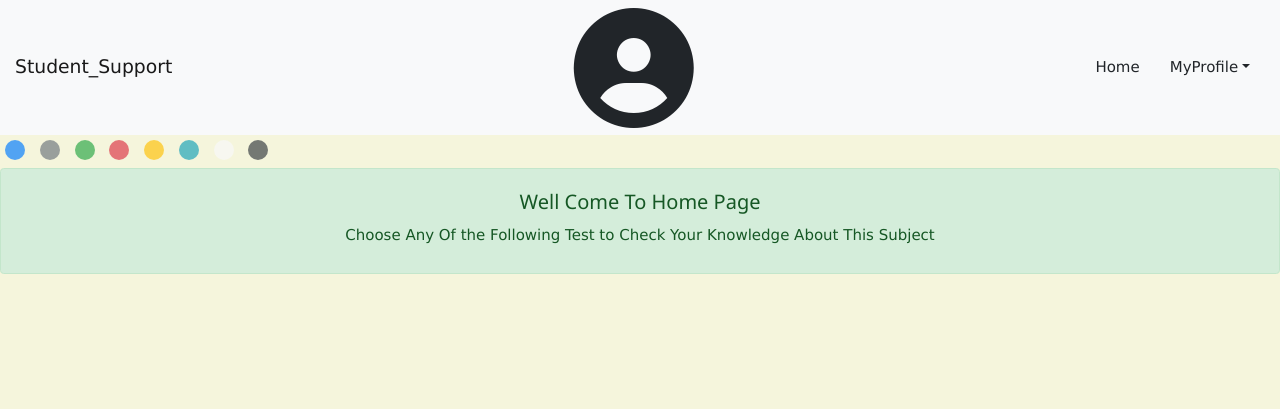
Repository: FeelHack/STUDENT-EXAMINATION-SYSTEM
Page: http://localhost/Exam_System/Admin/CreateQuestion.jsp
The author's editor kept a copy of each file at every save. The page is drawn from the files as they stood at one save, then again after the next save.
The browser window is 1280 px wide. The pictures show the whole page.
Some web libraries are served in a nearby version. The page is served by Tomcat 9. Other server files are loaded and not shown.

Above is the page before, as saved 2020-03-10 11:42:33.

### Exam System/WebContent/Admin/CreateQuestion.jsp
<%@ page language="java" contentType="text/html; charset=UTF-8"
    pageEncoding="UTF-8"%>



<!DOCTYPE html>
<html>
<head>
<meta charset="UTF-8">
<title>Create Question</title>
</head>
<body>
       <jsp:include page="../homeHeader.jsp"></jsp:include>


        <pre>
            <form action="com.controller.QuestionCreate" method="post">

            </form>
        </pre>


</body>
</html>

### Exam System/WebContent/homeHeader.jsp
<%@ page language="java" contentType="text/html; charset=UTF-8"
    pageEncoding="UTF-8"%>




<!doctype html>
 <html lang="en">
   <head>

     <meta charset="utf-8">
     <meta name="viewport" content="width=device-width, initial-scale=1, shrink-to-fit=no">

     <!-- Bootstrap CSS -->
     <link rel="stylesheet" href="https://stackpath.bootstrapcdn.com/bootstrap/4.4.1/css/bootstrap.min.css" integrity="sha384-Vkoo8x4CGsO3+Hhxv8T/Q5PaXtkKtu6ug5TOeNV6gBiFeWPGFN9MuhOf23Q9Ifjh" crossorigin="anonymous">
     <!-- Optional JavaScript -->
     <!-- jQuery first, then Popper.js, then Bootstrap JS -->
     <script src="https://code.jquery.com/jquery-3.4.1.slim.min.js" integrity="sha384-J6qa4849blE2+poT4WnyKhv5vZF5SrPo0iEjwBvKU7imGFAV0wwj1yYfoRSJoZ+n" crossorigin="anonymous"></script>
     <script src="https://cdn.jsdelivr.net/npm/popper.js@1.16.0/dist/umd/popper.min.js" integrity="sha384-Q6E9RHvbIyZFJoft+2mJbHaEWldlvI9IOYy5n3zV9zzTtmI3UksdQRVvoxMfooAo" crossorigin="anonymous"></script>
     <script src="https://stackpath.bootstrapcdn.com/bootstrap/4.4.1/js/bootstrap.min.js" integrity="sha384-wfSDF2E50Y2D1uUdj0O3uMBJnjuUD4Ih7YwaYd1iqfktj0Uod8GCExl3Og8ifwB6" crossorigin="anonymous"></script>
     <script src="https://kit.fontawesome.com/1737af4a09.js" crossorigin="anonymous"></script>
     <link rel="stylesheet" href="css/home.css">
   </head>


   <body style="background-color: beige;">
     <nav id="navbar-example2" class="navbar navbar-light bg-light">
         <a class="navbar-brand" href="#">Student_Support</a>

         <i class="fas fa-user-circle fa-8x" style="text-align: center;"></i>
         <ul class="nav nav-pills">
           <li class="nav-item">
             <a class="nav-link" href="#">Home</a>
           </li>
           <li class="nav-item dropdown">
             <a class="nav-link dropdown-toggle" data-toggle="dropdown" href="#" role="button" aria-haspopup="true" aria-expanded="false">MyProfile</a>
             <div class="dropdown-menu">
               <a class="dropdown-item" href="#one">View Profile</a>
               <a class="dropdown-item" href="#two">Edit My Profile</a>
               <div role="separator" class="dropdown-divider"></div>
               <a class="dropdown-item" href="logout.jsp">Signout</a>
             </div>
           </li>
         </ul>
       </nav>


       <div class="spinner-grow text-primary" role="status">
         <span class="sr-only">Loading...</span>
       </div>
       <div class="spinner-grow text-secondary" role="status">
         <span class="sr-only">Loading...</span>
       </div>
       <div class="spinner-grow text-success" role="status">
         <span class="sr-only">Loading...</span>
       </div>
       <div class="spinner-grow text-danger" role="status">
         <span class="sr-only">Loading...</span>
       </div>
       <div class="spinner-grow text-warning" role="status">
         <span class="sr-only">Loading...</span>
       </div>
       <div class="spinner-grow text-info" role="status">
         <span class="sr-only">Loading...</span>
       </div>
       <div class="spinner-grow text-light" role="status">
         <span class="sr-only">Loading...</span>
       </div>
       <div class="spinner-grow text-dark" role="status">
         <span class="sr-only">Loading...</span>
       </div>

   </div>
       </div>
       <div class="alert alert-success" role="alert" style="text-align: center;">
         <h4 class="alert-heading">Well Come To Home Page</h4>
         <p>Choose Any Of the Following Test to Check Your Knowledge About This Subject</p>
       </div>




</body>
</html>

### Exam System/WebContent/css/home.css
@charset "ISO-8859-1";

/* W3.CSS 4.13 June 2019 by Jan Egil and Borge Refsnes */
html{box-sizing:border-box}*,*:before,*:after{box-sizing:inherit}
/* Extract from normalize.css by Nicolas Gallagher and Jonathan Neal git.io/normalize */
html{-ms-text-size-adjust:100%;-webkit-text-size-adjust:100%}body{margin:0}
article,aside,details,figcaption,figure,footer,header,main,menu,nav,section{display:block}summary{display:list-item}
audio,canvas,progress,video{display:inline-block}progress{vertical-align:baseline}
audio:not([controls]){display:none;height:0}[hidden],template{display:none}
a{background-color:transparent}a:active,a:hover{outline-width:0}
abbr[title]{border-bottom:none;text-decoration:underline;text-decoration:underline dotted}
b,strong{font-weight:bolder}dfn{font-style:italic}mark{background:#ff0;color:#000}
small{font-size:80%}sub,sup{font-size:75%;line-height:0;position:relative;vertical-align:baseline}
sub{bottom:-0.25em}sup{top:-0.5em}figure{margin:1em 40px}img{border-style:none}
code,kbd,pre,samp{font-family:monospace,monospace;font-size:1em}hr{box-sizing:content-box;height:0;overflow:visible}
button,input,select,textarea,optgroup{font:inherit;margin:0}optgroup{font-weight:bold}
button,input{overflow:visible}button,select{text-transform:none}
button,[type=button],[type=reset],[type=submit]{-webkit-appearance:button}
button::-moz-focus-inner,[type=button]::-moz-focus-inner,[type=reset]::-moz-focus-inner,[type=submit]::-moz-focus-inner{border-style:none;padding:0}
button:-moz-focusring,[type=button]:-moz-focusring,[type=reset]:-moz-focusring,[type=submit]:-moz-focusring{outline:1px dotted ButtonText}
fieldset{border:1px solid #c0c0c0;margin:0 2px;padding:.35em .625em .75em}
legend{color:inherit;display:table;max-width:100%;padding:0;white-space:normal}textarea{overflow:auto}
[type=checkbox],[type=radio]{padding:0}
[type=number]::-webkit-inner-spin-button,[type=number]::-webkit-outer-spin-button{height:auto}
[type=search]{-webkit-appearance:textfield;outline-offset:-2px}
[type=search]::-webkit-search-decoration{-webkit-appearance:none}
::-webkit-file-upload-button{-webkit-appearance:button;font:inherit}
/* End extract */
html,body{font-family:Verdana,sans-serif;font-size:15px;line-height:1.5}html{overflow-x:hidden}
h1{font-size:36px}h2{font-size:30px}h3{font-size:24px}h4{font-size:20px}h5{font-size:18px}h6{font-size:16px}.w3-serif{font-family:serif}
h1,h2,h3,h4,h5,h6{font-family:"Segoe UI",Arial,sans-serif;font-weight:400;margin:10px 0}.w3-wide{letter-spacing:4px}
hr{border:0;border-top:1px solid #eee;margin:20px 0}
.w3-image{max-width:100%;height:auto}img{vertical-align:middle}a{color:inherit}
.w3-table,.w3-table-all{border-collapse:collapse;border-spacing:0;width:100%;display:table}.w3-table-all{border:1px solid #ccc}
.w3-bordered tr,.w3-table-all tr{border-bottom:1px solid #ddd}.w3-striped tbody tr:nth-child(even){background-color:#f1f1f1}
.w3-table-all tr:nth-child(odd){background-color:#fff}.w3-table-all tr:nth-child(even){background-color:#f1f1f1}
.w3-hoverable tbody tr:hover,.w3-ul.w3-hoverable li:hover{background-color:#ccc}.w3-centered tr th,.w3-centered tr td{text-align:center}
.w3-table td,.w3-table th,.w3-table-all td,.w3-table-all th{padding:8px 8px;display:table-cell;text-align:left;vertical-align:top}
.w3-table th:first-child,.w3-table td:first-child,.w3-table-all th:first-child,.w3-table-all td:first-child{padding-left:16px}
.w3-btn,.w3-button{border:none;display:inline-block;padding:8px 16px;vertical-align:middle;overflow:hidden;text-decoration:none;color:inherit;background-color:inherit;text-align:center;cursor:pointer;white-space:nowrap}
.w3-btn:hover{box-shadow:0 8px 16px 0 rgba(0,0,0,0.2),0 6px 20px 0 rgba(0,0,0,0.19)}
.w3-btn,.w3-button{-webkit-touch-callout:none;-webkit-user-select:none;-khtml-user-select:none;-moz-user-select:none;-ms-user-select:none;user-select:none}
.w3-disabled,.w3-btn:disabled,.w3-button:disabled{cursor:not-allowed;opacity:0.3}.w3-disabled *,:disabled *{pointer-events:none}
.w3-btn.w3-disabled:hover,.w3-btn:disabled:hover{box-shadow:none}
.w3-badge,.w3-tag{background-color:#000;color:#fff;display:inline-block;padding-left:8px;padding-right:8px;text-align:center}.w3-badge{border-radius:50%}
.w3-ul{list-style-type:none;padding:0;margin:0}.w3-ul li{padding:8px 16px;border-bottom:1px solid #ddd}.w3-ul li:last-child{border-bottom:none}
.w3-tooltip,.w3-display-container{position:relative}.w3-tooltip .w3-text{display:none}.w3-tooltip:hover .w3-text{display:inline-block}
.w3-ripple:active{opacity:0.5}.w3-ripple{transition:opacity 0s}
.w3-input{padding:8px;display:block;border:none;border-bottom:1px solid #ccc;width:100%}
.w3-select{padding:9px 0;width:100%;border:none;border-bottom:1px solid #ccc}
.w3-dropdown-click,.w3-dropdown-hover{position:relative;display:inline-block;cursor:pointer}
.w3-dropdown-hover:hover .w3-dropdown-content{display:block}
.w3-dropdown-hover:first-child,.w3-dropdown-click:hover{background-color:#ccc;color:#000}
.w3-dropdown-hover:hover > .w3-button:first-child,.w3-dropdown-click:hover > .w3-button:first-child{background-color:#ccc;color:#000}
.w3-dropdown-content{cursor:auto;color:#000;background-color:#fff;display:none;position:absolute;min-width:160px;margin:0;padding:0;z-index:1}
.w3-check,.w3-radio{width:24px;height:24px;position:relative;top:6px}
.w3-sidebar{height:100%;width:200px;background-color:#fff;position:fixed!important;z-index:1;overflow:auto}
.w3-bar-block .w3-dropdown-hover,.w3-bar-block .w3-dropdown-click{width:100%}
.w3-bar-block .w3-dropdown-hover .w3-dropdown-content,.w3-bar-block .w3-dropdown-click .w3-dropdown-content{min-width:100%}
.w3-bar-block .w3-dropdown-hover .w3-button,.w3-bar-block .w3-dropdown-click .w3-button{width:100%;text-align:left;padding:8px 16px}
.w3-main,#main{transition:margin-left .4s}
.w3-modal{z-index:3;display:none;padding-top:100px;position:fixed;left:0;top:0;width:100%;height:100%;overflow:auto;background-color:rgb(0,0,0);background-color:rgba(0,0,0,0.4)}
.w3-modal-content{margin:auto;background-color:#fff;position:relative;padding:0;outline:0;width:600px}
.w3-bar{width:100%;overflow:hidden}.w3-center .w3-bar{display:inline-block;width:auto}
.w3-bar .w3-bar-item{padding:8px 16px;float:left;width:auto;border:none;display:block;outline:0}
.w3-bar .w3-dropdown-hover,.w3-bar .w3-dropdown-click{position:static;float:left}
.w3-bar .w3-button{white-space:normal}
.w3-bar-block .w3-bar-item{width:100%;display:block;padding:8px 16px;text-align:left;border:none;white-space:normal;float:none;outline:0}
.w3-bar-block.w3-center .w3-bar-item{text-align:center}.w3-block{display:block;width:100%}
.w3-responsive{display:block;overflow-x:auto}
.w3-container:after,.w3-container:before,.w3-panel:after,.w3-panel:before,.w3-row:after,.w3-row:before,.w3-row-padding:after,.w3-row-padding:before,
.w3-cell-row:before,.w3-cell-row:after,.w3-clear:after,.w3-clear:before,.w3-bar:before,.w3-bar:after{content:"";display:table;clear:both}
.w3-col,.w3-half,.w3-third,.w3-twothird,.w3-threequarter,.w3-quarter{float:left;width:100%}
.w3-col.s1{width:8.33333%}.w3-col.s2{width:16.66666%}.w3-col.s3{width:24.99999%}.w3-col.s4{width:33.33333%}
.w3-col.s5{width:41.66666%}.w3-col.s6{width:49.99999%}.w3-col.s7{width:58.33333%}.w3-col.s8{width:66.66666%}
.w3-col.s9{width:74.99999%}.w3-col.s10{width:83.33333%}.w3-col.s11{width:91.66666%}.w3-col.s12{width:99.99999%}
@media (min-width:601px){.w3-col.m1{width:8.33333%}.w3-col.m2{width:16.66666%}.w3-col.m3,.w3-quarter{width:24.99999%}.w3-col.m4,.w3-third{width:33.33333%}
.w3-col.m5{width:41.66666%}.w3-col.m6,.w3-half{width:49.99999%}.w3-col.m7{width:58.33333%}.w3-col.m8,.w3-twothird{width:66.66666%}
.w3-col.m9,.w3-threequarter{width:74.99999%}.w3-col.m10{width:83.33333%}.w3-col.m11{width:91.66666%}.w3-col.m12{width:99.99999%}}
@media (min-width:993px){.w3-col.l1{width:8.33333%}.w3-col.l2{width:16.66666%}.w3-col.l3{width:24.99999%}.w3-col.l4{width:33.33333%}
.w3-col.l5{width:41.66666%}.w3-col.l6{width:49.99999%}.w3-col.l7{width:58.33333%}.w3-col.l8{width:66.66666%}
.w3-col.l9{width:74.99999%}.w3-col.l10{width:83.33333%}.w3-col.l11{width:91.66666%}.w3-col.l12{width:99.99999%}}
.w3-rest{overflow:hidden}.w3-stretch{margin-left:-16px;margin-right:-16px}
.w3-content,.w3-auto{margin-left:auto;margin-right:auto}.w3-content{max-width:980px}.w3-auto{max-width:1140px}
.w3-cell-row{display:table;width:100%}.w3-cell{display:table-cell}
.w3-cell-top{vertical-align:top}.w3-cell-middle{vertical-align:middle}.w3-cell-bottom{vertical-align:bottom}
.w3-hide{display:none!important}.w3-show-block,.w3-show{display:block!important}.w3-show-inline-block{display:inline-block!important}
@media (max-width:1205px){.w3-auto{max-width:95%}}
@media (max-width:600px){.w3-modal-content{margin:0 10px;width:auto!important}.w3-modal{padding-top:30px}
.w3-dropdown-hover.w3-mobile .w3-dropdown-content,.w3-dropdown-click.w3-mobile .w3-dropdown-content{position:relative}
.w3-hide-small{display:none!important}.w3-mobile{display:block;width:100%!important}.w3-bar-item.w3-mobile,.w3-dropdown-hover.w3-mobile,.w3-dropdown-click.w3-mobile{text-align:center}
.w3-dropdown-hover.w3-mobile,.w3-dropdown-hover.w3-mobile .w3-btn,.w3-dropdown-hover.w3-mobile .w3-button,.w3-dropdown-click.w3-mobile,.w3-dropdown-click.w3-mobile .w3-btn,.w3-dropdown-click.w3-mobile .w3-button{width:100%}}
@media (max-width:768px){.w3-modal-content{width:500px}.w3-modal{padding-top:50px}}
@media (min-width:993px){.w3-modal-content{width:900px}.w3-hide-large{display:none!important}.w3-sidebar.w3-collapse{display:block!important}}
@media (max-width:992px) and (min-width:601px){.w3-hide-medium{display:none!important}}
@media (max-width:992px){.w3-sidebar.w3-collapse{display:none}.w3-main{margin-left:0!important;margin-right:0!important}.w3-auto{max-width:100%}}
.w3-top,.w3-bottom{position:fixed;width:100%;z-index:1}.w3-top{top:0}.w3-bottom{bottom:0}
.w3-overlay{position:fixed;display:none;width:100%;height:100%;top:0;left:0;right:0;bottom:0;background-color:rgba(0,0,0,0.5);z-index:2}
.w3-display-topleft{position:absolute;left:0;top:0}.w3-display-topright{position:absolute;right:0;top:0}
.w3-display-bottomleft{position:absolute;left:0;bottom:0}.w3-display-bottomright{position:absolute;right:0;bottom:0}
.w3-display-middle{position:absolute;top:50%;left:50%;transform:translate(-50%,-50%);-ms-transform:translate(-50%,-50%)}
.w3-display-left{position:absolute;top:50%;left:0%;transform:translate(0%,-50%);-ms-transform:translate(-0%,-50%)}
.w3-display-right{position:absolute;top:50%;right:0%;transform:translate(0%,-50%);-ms-transform:translate(0%,-50%)}
.w3-display-topmiddle{position:absolute;left:50%;top:0;transform:translate(-50%,0%);-ms-transform:translate(-50%,0%)}
.w3-display-bottommiddle{position:absolute;left:50%;bottom:0;transform:translate(-50%,0%);-ms-transform:translate(-50%,0%)}
.w3-display-container:hover .w3-display-hover{display:block}.w3-display-container:hover span.w3-display-hover{display:inline-block}.w3-display-hover{display:none}
.w3-display-position{position:absolute}
.w3-circle{border-radius:50%}
.w3-round-small{border-radius:2px}.w3-round,.w3-round-medium{border-radius:4px}.w3-round-large{border-radius:8px}.w3-round-xlarge{border-radius:16px}.w3-round-xxlarge{border-radius:32px}
.w3-row-padding,.w3-row-padding>.w3-half,.w3-row-padding>.w3-third,.w3-row-padding>.w3-twothird,.w3-row-padding>.w3-threequarter,.w3-row-padding>.w3-quarter,.w3-row-padding>.w3-col{padding:0 8px}
.w3-container,.w3-panel{padding:0.01em 16px}.w3-panel{margin-top:16px;margin-bottom:16px}
.w3-code,.w3-codespan{font-family:Consolas,"courier new";font-size:16px}
.w3-code{width:auto;background-color:#fff;padding:8px 12px;border-left:4px solid #4CAF50;word-wrap:break-word}
.w3-codespan{color:crimson;background-color:#f1f1f1;padding-left:4px;padding-right:4px;font-size:110%}
.w3-card,.w3-card-2{box-shadow:0 2px 5px 0 rgba(0,0,0,0.16),0 2px 10px 0 rgba(0,0,0,0.12)}
.w3-card-4,.w3-hover-shadow:hover{box-shadow:0 4px 10px 0 rgba(0,0,0,0.2),0 4px 20px 0 rgba(0,0,0,0.19)}
.w3-spin{animation:w3-spin 2s infinite linear}@keyframes w3-spin{0%{transform:rotate(0deg)}100%{transform:rotate(359deg)}}
.w3-animate-fading{animation:fading 10s infinite}@keyframes fading{0%{opacity:0}50%{opacity:1}100%{opacity:0}}
.w3-animate-opacity{animation:opac 0.8s}@keyframes opac{from{opacity:0} to{opacity:1}}
.w3-animate-top{position:relative;animation:animatetop 0.4s}@keyframes animatetop{from{top:-300px;opacity:0} to{top:0;opacity:1}}
.w3-animate-left{position:relative;animation:animateleft 0.4s}@keyframes animateleft{from{left:-300px;opacity:0} to{left:0;opacity:1}}
.w3-animate-right{position:relative;animation:animateright 0.4s}@keyframes animateright{from{right:-300px;opacity:0} to{right:0;opacity:1}}
.w3-animate-bottom{position:relative;animation:animatebottom 0.4s}@keyframes animatebottom{from{bottom:-300px;opacity:0} to{bottom:0;opacity:1}}
.w3-animate-zoom {animation:animatezoom 0.6s}@keyframes animatezoom{from{transform:scale(0)} to{transform:scale(1)}}
.w3-animate-input{transition:width 0.4s ease-in-out}.w3-animate-input:focus{width:100%!important}
.w3-opacity,.w3-hover-opacity:hover{opacity:0.60}.w3-opacity-off,.w3-hover-opacity-off:hover{opacity:1}
.w3-opacity-max{opacity:0.25}.w3-opacity-min{opacity:0.75}
.w3-greyscale-max,.w3-grayscale-max,.w3-hover-greyscale:hover,.w3-hover-grayscale:hover{filter:grayscale(100%)}
.w3-greyscale,.w3-grayscale{filter:grayscale(75%)}.w3-greyscale-min,.w3-grayscale-min{filter:grayscale(50%)}
.w3-sepia{filter:sepia(75%)}.w3-sepia-max,.w3-hover-sepia:hover{filter:sepia(100%)}.w3-sepia-min{filter:sepia(50%)}
.w3-tiny{font-size:10px!important}.w3-small{font-size:12px!important}.w3-medium{font-size:15px!important}.w3-large{font-size:18px!important}
.w3-xlarge{font-size:24px!important}.w3-xxlarge{font-size:36px!important}.w3-xxxlarge{font-size:48px!important}.w3-jumbo{font-size:64px!important}
.w3-left-align{text-align:left!important}.w3-right-align{text-align:right!important}.w3-justify{text-align:justify!important}.w3-center{text-align:center!important}
.w3-border-0{border:0!important}.w3-border{border:1px solid #ccc!important}
.w3-border-top{border-top:1px solid #ccc!important}.w3-border-bottom{border-bottom:1px solid #ccc!important}
.w3-border-left{border-left:1px solid #ccc!important}.w3-border-right{border-right:1px solid #ccc!important}
.w3-topbar{border-top:6px solid #ccc!important}.w3-bottombar{border-bottom:6px solid #ccc!important}
.w3-leftbar{border-left:6px solid #ccc!important}.w3-rightbar{border-right:6px solid #ccc!important}
.w3-section,.w3-code{margin-top:16px!important;margin-bottom:16px!important}
.w3-margin{margin:16px!important}.w3-margin-top{margin-top:16px!important}.w3-margin-bottom{margin-bottom:16px!important}
.w3-margin-left{margin-left:16px!important}.w3-margin-right{margin-right:16px!important}
.w3-padding-small{padding:4px 8px!important}.w3-padding{padding:8px 16px!important}.w3-padding-large{padding:12px 24px!important}
.w3-padding-16{padding-top:16px!important;padding-bottom:16px!important}.w3-padding-24{padding-top:24px!important;padding-bottom:24px!important}
.w3-padding-32{padding-top:32px!important;padding-bottom:32px!important}.w3-padding-48{padding-top:48px!important;padding-bottom:48px!important}
.w3-padding-64{padding-top:64px!important;padding-bottom:64px!important}
.w3-left{float:left!important}.w3-right{float:right!important}
.w3-button:hover{color:#000!important;background-color:#ccc!important}
.w3-transparent,.w3-hover-none:hover{background-color:transparent!important}
.w3-hover-none:hover{box-shadow:none!important}
/* Colors */
.w3-amber,.w3-hover-amber:hover{color:#000!important;background-color:#ffc107!important}
.w3-aqua,.w3-hover-aqua:hover{color:#000!important;background-color:#00ffff!important}
.w3-blue,.w3-hover-blue:hover{color:#fff!important;background-color:#2196F3!important}
.w3-light-blue,.w3-hover-light-blue:hover{color:#000!important;background-color:#87CEEB!important}
.w3-brown,.w3-hover-brown:hover{color:#fff!important;background-color:#795548!important}
.w3-cyan,.w3-hover-cyan:hover{color:#000!important;background-color:#00bcd4!important}
.w3-blue-grey,.w3-hover-blue-grey:hover,.w3-blue-gray,.w3-hover-blue-gray:hover{color:#fff!important;background-color:#607d8b!important}
.w3-green,.w3-hover-green:hover{color:#fff!important;background-color:#4CAF50!important}
.w3-light-green,.w3-hover-light-green:hover{color:#000!important;background-color:#8bc34a!important}
.w3-indigo,.w3-hover-indigo:hover{color:#fff!important;background-color:#3f51b5!important}
.w3-khaki,.w3-hover-khaki:hover{color:#000!important;background-color:#f0e68c!important}
.w3-lime,.w3-hover-lime:hover{color:#000!important;background-color:#cddc39!important}
.w3-orange,.w3-hover-orange:hover{color:#000!important;background-color:#ff9800!important}
.w3-deep-orange,.w3-hover-deep-orange:hover{color:#fff!important;background-color:#ff5722!important}
.w3-pink,.w3-hover-pink:hover{color:#fff!important;background-color:#e91e63!important}
.w3-purple,.w3-hover-purple:hover{color:#fff!important;background-color:#9c27b0!important}
.w3-deep-purple,.w3-hover-deep-purple:hover{color:#fff!important;background-color:#673ab7!important}
.w3-red,.w3-hover-red:hover{color:#fff!important;background-color:#f44336!important}
.w3-sand,.w3-hover-sand:hover{color:#000!important;background-color:#fdf5e6!important}
.w3-teal,.w3-hover-teal:hover{color:#fff!important;background-color:#009688!important}
.w3-yellow,.w3-hover-yellow:hover{color:#000!important;background-color:#ffeb3b!important}
.w3-white,.w3-hover-white:hover{color:#000!important;background-color:#fff!important}
.w3-black,.w3-hover-black:hover{color:#fff!important;background-color:#000!important}
.w3-grey,.w3-hover-grey:hover,.w3-gray,.w3-hover-gray:hover{color:#000!important;background-color:#9e9e9e!important}
.w3-light-grey,.w3-hover-light-grey:hover,.w3-light-gray,.w3-hover-light-gray:hover{color:#000!important;background-color:#f1f1f1!important}
.w3-dark-grey,.w3-hover-dark-grey:hover,.w3-dark-gray,.w3-hover-dark-gray:hover{color:#fff!important;background-color:#616161!important}
.w3-pale-red,.w3-hover-pale-red:hover{color:#000!important;background-color:#ffdddd!important}
.w3-pale-green,.w3-hover-pale-green:hover{color:#000!important;background-color:#ddffdd!important}
.w3-pale-yellow,.w3-hover-pale-yellow:hover{color:#000!important;background-color:#ffffcc!important}
.w3-pale-blue,.w3-hover-pale-blue:hover{color:#000!important;background-color:#ddffff!important}
.w3-text-amber,.w3-hover-text-amber:hover{color:#ffc107!important}
.w3-text-aqua,.w3-hover-text-aqua:hover{color:#00ffff!important}
.w3-text-blue,.w3-hover-text-blue:hover{color:#2196F3!important}
.w3-text-light-blue,.w3-hover-text-light-blue:hover{color:#87CEEB!important}
.w3-text-brown,.w3-hover-text-brown:hover{color:#795548!important}
.w3-text-cyan,.w3-hover-text-cyan:hover{color:#00bcd4!important}
.w3-text-blue-grey,.w3-hover-text-blue-grey:hover,.w3-text-blue-gray,.w3-hover-text-blue-gray:hover{color:#607d8b!important}
.w3-text-green,.w3-hover-text-green:hover{color:#4CAF50!important}
.w3-text-light-green,.w3-hover-text-light-green:hover{color:#8bc34a!important}
.w3-text-indigo,.w3-hover-text-indigo:hover{color:#3f51b5!important}
.w3-text-khaki,.w3-hover-text-khaki:hover{color:#b4aa50!important}
.w3-text-lime,.w3-hover-text-lime:hover{color:#cddc39!important}
.w3-text-orange,.w3-hover-text-orange:hover{color:#ff9800!important}
.w3-text-deep-orange,.w3-hover-text-deep-orange:hover{color:#ff5722!important}
.w3-text-pink,.w3-hover-text-pink:hover{color:#e91e63!important}
.w3-text-purple,.w3-hover-text-purple:hover{color:#9c27b0!important}
.w3-text-deep-purple,.w3-hover-text-deep-purple:hover{color:#673ab7!important}
.w3-text-red,.w3-hover-text-red:hover{color:#f44336!important}
.w3-text-sand,.w3-hover-text-sand:hover{color:#fdf5e6!important}
.w3-text-teal,.w3-hover-text-teal:hover{color:#009688!important}
.w3-text-yellow,.w3-hover-text-yellow:hover{color:#d2be0e!important}
.w3-text-white,.w3-hover-text-white:hover{color:#fff!important}
.w3-text-black,.w3-hover-text-black:hover{color:#000!important}
.w3-text-grey,.w3-hover-text-grey:hover,.w3-text-gray,.w3-hover-text-gray:hover{color:#757575!important}
.w3-text-light-grey,.w3-hover-text-light-grey:hover,.w3-text-light-gray,.w3-hover-text-light-gray:hover{color:#f1f1f1!important}
.w3-text-dark-grey,.w3-hover-text-dark-grey:hover,.w3-text-dark-gray,.w3-hover-text-dark-gray:hover{color:#3a3a3a!important}
.w3-border-amber,.w3-hover-border-amber:hover{border-color:#ffc107!important}
.w3-border-aqua,.w3-hover-border-aqua:hover{border-color:#00ffff!important}
.w3-border-blue,.w3-hover-border-blue:hover{border-color:#2196F3!important}
.w3-border-light-blue,.w3-hover-border-light-blue:hover{border-color:#87CEEB!important}
.w3-border-brown,.w3-hover-border-brown:hover{border-color:#795548!important}
.w3-border-cyan,.w3-hover-border-cyan:hover{border-color:#00bcd4!important}
.w3-border-blue-grey,.w3-hover-border-blue-grey:hover,.w3-border-blue-gray,.w3-hover-border-blue-gray:hover{border-color:#607d8b!important}
.w3-border-green,.w3-hover-border-green:hover{border-color:#4CAF50!important}
.w3-border-light-green,.w3-hover-border-light-green:hover{border-color:#8bc34a!important}
.w3-border-indigo,.w3-hover-border-indigo:hover{border-color:#3f51b5!important}
.w3-border-khaki,.w3-hover-border-khaki:hover{border-color:#f0e68c!important}
.w3-border-lime,.w3-hover-border-lime:hover{border-color:#cddc39!important}
.w3-border-orange,.w3-hover-border-orange:hover{border-color:#ff9800!important}
.w3-border-deep-orange,.w3-hover-border-deep-orange:hover{border-color:#ff5722!important}
.w3-border-pink,.w3-hover-border-pink:hover{border-color:#e91e63!important}
.w3-border-purple,.w3-hover-border-purple:hover{border-color:#9c27b0!important}
.w3-border-deep-purple,.w3-hover-border-deep-purple:hover{border-color:#673ab7!important}
.w3-border-red,.w3-hover-border-red:hover{border-color:#f44336!important}
.w3-border-sand,.w3-hover-border-sand:hover{border-color:#fdf5e6!important}
.w3-border-teal,.w3-hover-border-teal:hover{border-color:#009688!important}
.w3-border-yellow,.w3-hover-border-yellow:hover{border-color:#ffeb3b!important}
.w3-border-white,.w3-hover-border-white:hover{border-color:#fff!important}
.w3-border-black,.w3-hover-border-black:hover{border-color:#000!important}
.w3-border-grey,.w3-hover-border-grey:hover,.w3-border-gray,.w3-hover-border-gray:hover{border-color:#9e9e9e!important}
.w3-border-light-grey,.w3-hover-border-light-grey:hover,.w3-border-light-gray,.w3-hover-border-light-gray:hover{border-color:#f1f1f1!important}
.w3-border-dark-grey,.w3-hover-border-dark-grey:hover,.w3-border-dark-gray,.w3-hover-border-dark-gray:hover{border-color:#616161!important}
.w3-border-pale-red,.w3-hover-border-pale-red:hover{border-color:#ffe7e7!important}.w3-border-pale-green,.w3-hover-border-pale-green:hover{border-color:#e7ffe7!important}
.w3-border-pale-yellow,.w3-hover-border-pale-yellow:hover{border-color:#ffffcc!important}.w3-border-pale-blue,.w3-hover-border-pale-blue:hover{border-color:#e7ffff!important}

After the next save:
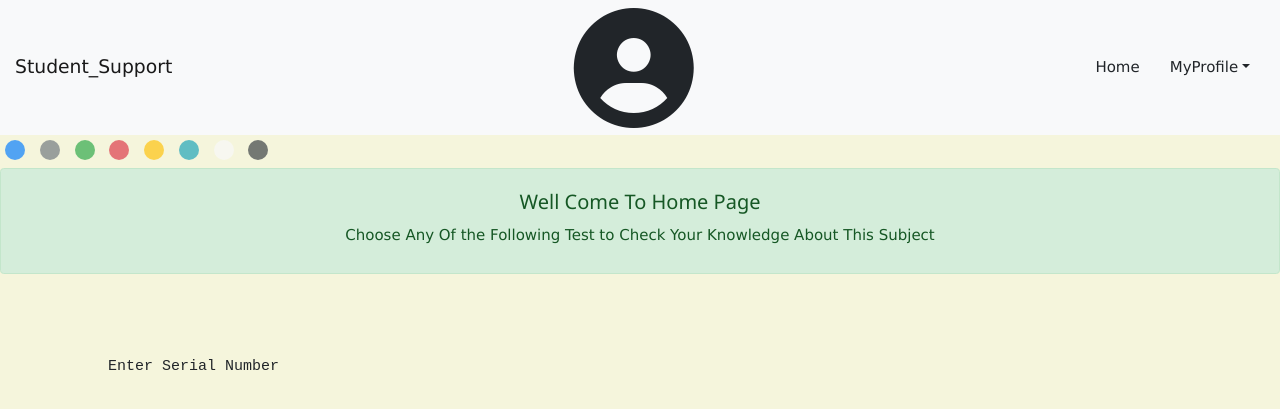
Saved 36 s later.
--- a/Exam System/WebContent/Admin/CreateQuestion.jsp
+++ b/Exam System/WebContent/Admin/CreateQuestion.jsp
@@ -16,6 +16,8 @@
         <pre>
             <form action="com.controller.QuestionCreate" method="post">
 
+            <label>Enter Serial Number</label>
+
             </form>
         </pre>
 
